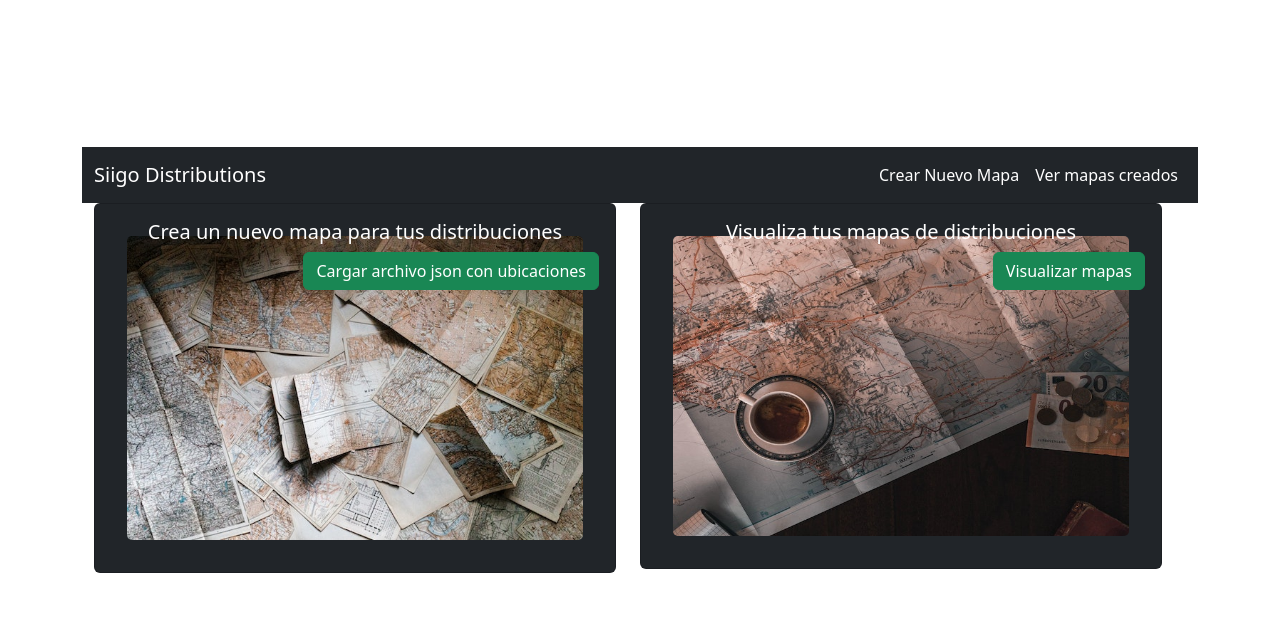
Repository: DevArthuro/Siigo-Distributions
Page: / (app in frontend/)
The author's editor kept a copy of each file at every save. The page is drawn from the files as they stood at one save, then again after the next save.
The browser window is 1280 px wide. The pictures show the whole page.
The project was rebuilt for these pictures with package versions that can differ from the ones it lists, and the page was loaded fresh each time. Also part of the build but not shown: frontend/vite.config.js, frontend/src/stores/useGraphSpeccifictMap.js, frontend/src/components/TableToManageMap.vue, frontend/src/views/WhatchSpecifictMap.vue.

Above is the page before, as saved 2023-09-27 08:36:58.

After the next save:
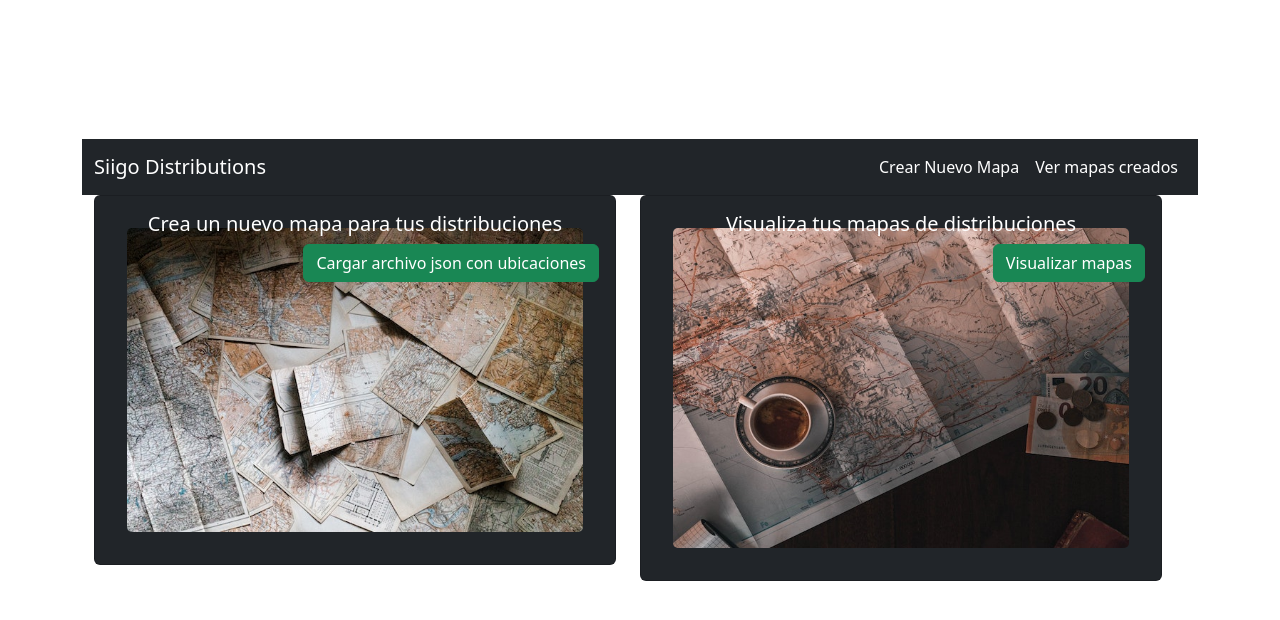
Saved 9 s later.
--- a/frontend/src/components/CardToShowMaps.vue
+++ b/frontend/src/components/CardToShowMaps.vue
@@ -1,7 +1,7 @@
 <template>
     <div class="col-6">
         <div class="card bg-dark text-white">
-            <img src="watch_to_map.jpg" class="card-img" alt="watch_to_map" height="300"/>
+            <img src="watch_to_map.jpg" class="card-img" alt="watch_to_map" height="320"/>
             <div class="card-img-overlay">
               <h5 class="card-title">Visualiza tus mapas de distribuciones</h5>
               <div class="text-end">
